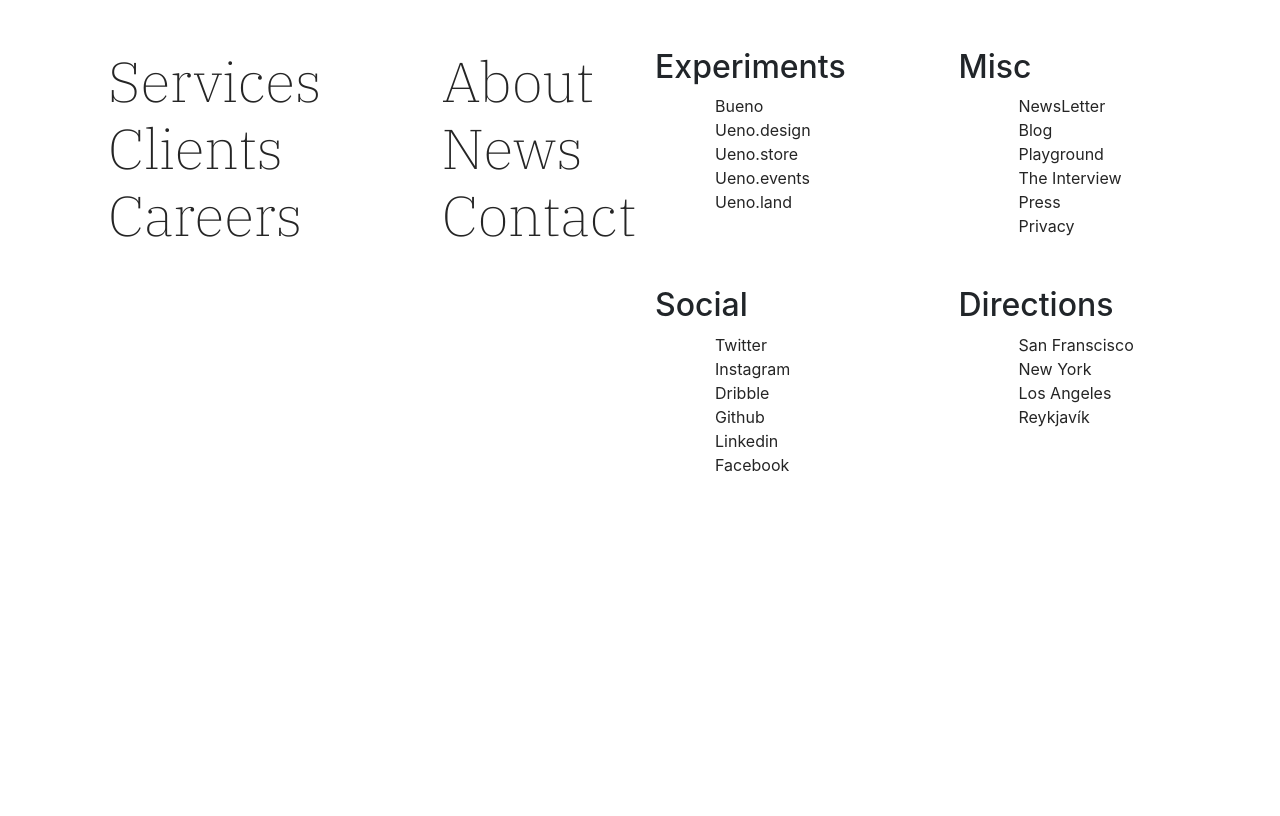
Repository: DeepaPrasanna/UenoClone
Page: /
These files come from the project's save history. The page is drawn as it stood at one moment and after the next save; the edit follows.
The browser window is 1280 px wide. The pictures show the whole page.
The project was rebuilt for these pictures with package versions that can differ from the ones it lists, and the page was loaded fresh each time. Also part of the build but not shown: src/components/Layout/Header.js.

Above is the page before, as saved 2021-05-04 13:58:12.

### public/index.html
<!DOCTYPE html>
<html lang="en">
  <head>
    <meta charset="utf-8" />
    <link rel="icon" href="%PUBLIC_URL%/favicon.ico" />
    <meta name="viewport" content="width=device-width, initial-scale=1" />
    <meta name="theme-color" content="#000000" />
    <meta name="description" content="Web site created using create-react-app" />
    <link rel="apple-touch-icon" href="%PUBLIC_URL%/logo192.png" />
    <!--
      manifest.json provides metadata used when your web app is installed on a
      user's mobile device or desktop. See https://developers.google.com/web/fundamentals/web-app-manifest/
    -->
    <link rel="manifest" href="%PUBLIC_URL%/manifest.json" />
    <!-- Bootstrap -->
    <link
      rel="stylesheet"
      href="https://cdn.jsdelivr.net/npm/bootstrap@4.6.0/dist/css/bootstrap.min.css"
      integrity="sha384-B0vP5xmATw1+K9KRQjQERJvTumQW0nPEzvF6L/Z6nronJ3oUOFUFpCjEUQouq2+l"
      crossorigin="anonymous"
    />
    <!-- font awesome -->
    <link
      rel="stylesheet"
      href="https://cdnjs.cloudflare.com/ajax/libs/font-awesome/5.15.3/css/all.min.css"
      integrity="sha512-iBBXm8fW90+nuLcSKlbmrPcLa0OT92xO1BIsZ+ywDWZCvqsWgccV3gFoRBv0z+8dLJgyAHIhR35VZc2oM/gI1w=="
      crossorigin="anonymous"
    />
    <!--
      Notice the use of %PUBLIC_URL% in the tags above.
      It will be replaced with the URL of the `public` folder during the build.
      Only files inside the `public` folder can be referenced from the HTML.

      Unlike "/favicon.ico" or "favicon.ico", "%PUBLIC_URL%/favicon.ico" will
      work correctly both with client-side routing and a non-root public URL.
      Learn how to configure a non-root public URL by running `npm run build`.
    -->
    <title>React App</title>
  </head>
  <body>
    <noscript>You need to enable JavaScript to run this app.</noscript>
    <div id="root"></div>
    <!--
      This HTML file is a template.
      If you open it directly in the browser, you will see an empty page.

      You can add webfonts, meta tags, or analytics to this file.
      The build step will place the bundled scripts into the <body> tag.

      To begin the development, run `npm start` or `yarn start`.
      To create a production bundle, use `npm run build` or `yarn build`.
    -->
  </body>
</html>

### src/index.js
import React from "react";
import ReactDOM from "react-dom";
import "./index.css";
import App from "./App";
import reportWebVitals from "./reportWebVitals";
import "bootstrap/dist/css/bootstrap.min.css";

ReactDOM.render(<App />, document.getElementById("root"));

// If you want to start measuring performance in your app, pass a function
// to log results (for example: reportWebVitals(console.log))
// or send to an analytics endpoint. Learn more: https://bit.ly/CRA-vitals
reportWebVitals();

### src/index.css
@import url("https://fonts.googleapis.com/css2?family=IBM+Plex+Serif:wght@200&display=swap");

.contact-button {
  background-color: #cf3f74 !important;
}

.screen-first-column {
  font-size: 56px;
  line-height: 67px;
  font-family: "IBM Plex Serif";
  font-style: normal;
  font-weight: 200;
  src: url("https://fonts.gstatic.com/s/ibmplexserif/v9/jizAREVNn1dOx-zrZ2X3pZvkTi3Q-iI0q1s.woff2") format("woff2");
}
.screen-links {
  color: #252525;
  padding: 0px 60px !important;
}
.nav-link:hover {
  color: #252525;
}
.screen-links::before {
  transform: translate(103%, 0px);
}

.screens-second-column-columns{
  flex: none;
  align-self: stretch;
  padding-left: 15px;
  padding-right: 15px;
  /* width: 100%; */
  margin-bottom: 3em;
  width: 50%;
  max-width: 220px;

}

### src/App.js
import { Container } from "react-bootstrap";

import MainLayout from "./components/Layout/MainLayout";

function App() {
  return (
    <div className="App">
      <MainLayout />
    </div>
  );
}

export default App;

### src/components/Layout/MainLayout.js
import React from "react";

import Header from "./Header";
import Screen from "./Screen";

const MainLayout = () => {
  return (
    <div>
      {/* <Header /> */}
      <Screen />
    </div>
  );
};

export default MainLayout;

### src/components/Layout/Screen.js
import React from "react";

import { Container, Row, Col, Nav } from "react-bootstrap";

const Screen = () => {
  return (
    <Container fluid className="p-5">
      <Row className=" vh-100">
        <Col sm={6} className="d-flex flex-md-row screen-first-column">
          <Nav className="flex-column">
            <Nav.Link href="#" className="screen-links">
              Services
            </Nav.Link>
            <Nav.Link href="#" className="screen-links">
              Clients
            </Nav.Link>
            <Nav.Link href="#" className="screen-links">
              Careers
            </Nav.Link>
          </Nav>
          <Nav className="flex-column">
            <Nav.Link href="#" className="screen-links">
              About
            </Nav.Link>
            <Nav.Link href="#" className="screen-links">
              News
            </Nav.Link>

            <Nav.Link href="#" className="screen-links">
              Contact
            </Nav.Link>
          </Nav>
        </Col>
        <Col sm={6}>
          <Row>
            <Col className="screens-second-column-columns">
              <h2>Experiments</h2>
              <Nav>
                <Nav.Link href="#" className="screen-links">
                  Bueno
                </Nav.Link>
                <Nav.Link href="#" className="screen-links">
                  Ueno.design
                </Nav.Link>
                <Nav.Link href="#" className="screen-links">
                  Ueno.store
                </Nav.Link>
                <Nav.Link href="#" className="screen-links">
                  Ueno.events
                </Nav.Link>
                <Nav.Link href="#" className="screen-links">
                  Ueno.land
                </Nav.Link>
              </Nav>
            </Col>
            <Col className="screens-second-column-columns">
              <h2>Misc</h2>
              <Nav>
                <Nav.Link href="#" className="screen-links">
                  NewsLetter
                </Nav.Link>
                <Nav.Link href="#" className="screen-links">
                  Blog
                </Nav.Link>
                <Nav.Link href="#" className="screen-links">
                  Playground
                </Nav.Link>
                <Nav.Link href="#" className="screen-links">
                  The Interview
                </Nav.Link>
                <Nav.Link href="#" className="screen-links">
                  Press
                </Nav.Link>
                <Nav.Link href="#" className="screen-links">
                  Privacy
                </Nav.Link>
              </Nav>
            </Col>
          </Row>
          <Row>
            <Col className="screens-second-column-columns">
              <h2>Social</h2>
              <Nav>
                <Nav.Link href="#" className="screen-links">
                  Twitter
                </Nav.Link>
                <Nav.Link href="#" className="screen-links">
                  Instagram
                </Nav.Link>
                <Nav.Link href="#" className="screen-links">
                  Dribble
                </Nav.Link>
                <Nav.Link href="#" className="screen-links">
                  Github
                </Nav.Link>
                <Nav.Link href="#" className="screen-links">
                  Linkedin
                </Nav.Link>
                <Nav.Link href="#" className="screen-links">
                  Facebook
                </Nav.Link>
              </Nav>
            </Col>
            <Col className="screens-second-column-columns">
              <h2>Directions</h2>
              <Nav>
                <Nav.Link href="#" className="screen-links">
                  San Franscisco
                </Nav.Link>
                <Nav.Link href="#" className="screen-links">
                  New York
                </Nav.Link>
                <Nav.Link href="#" className="screen-links">
                  Los Angeles
                </Nav.Link>
                <Nav.Link href="#" className="screen-links">
                  Reykjavík
                </Nav.Link>
              </Nav>
            </Col>
          </Row>
        </Col>
      </Row>
    </Container>
  );
};

export default Screen;

Loaded but not shown: src/reportWebVitals.js (common file)

After the next save:
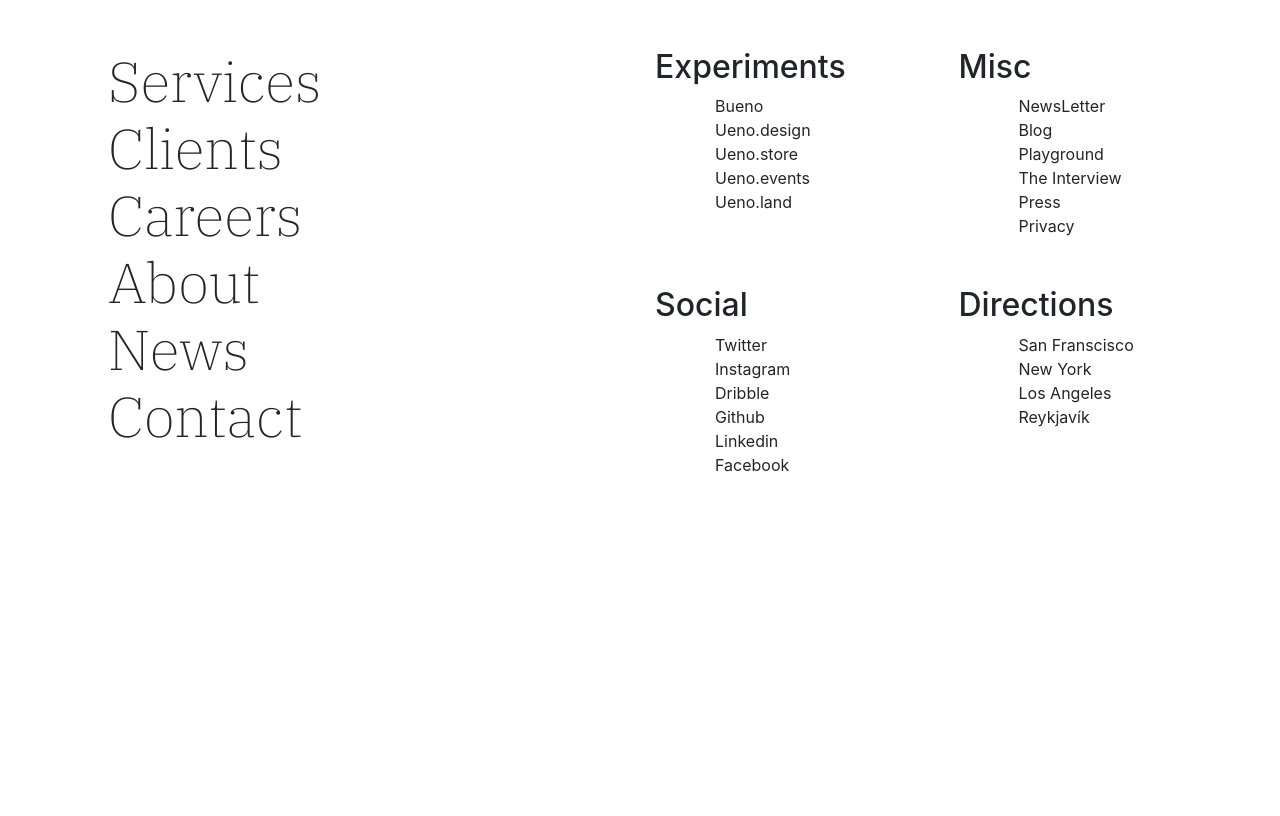
Saved 94 s later.
--- a/src/components/Layout/Screen.js
+++ b/src/components/Layout/Screen.js
@@ -6,7 +6,7 @@
   return (
     <Container fluid className="p-5">
       <Row className=" vh-100">
-        <Col sm={6} className="d-flex flex-md-row screen-first-column">
+        <Col sm={6} className="d-flex flex-md-column screen-first-column">
           <Nav className="flex-column">
             <Nav.Link href="#" className="screen-links">
               Services

After the save that followed:
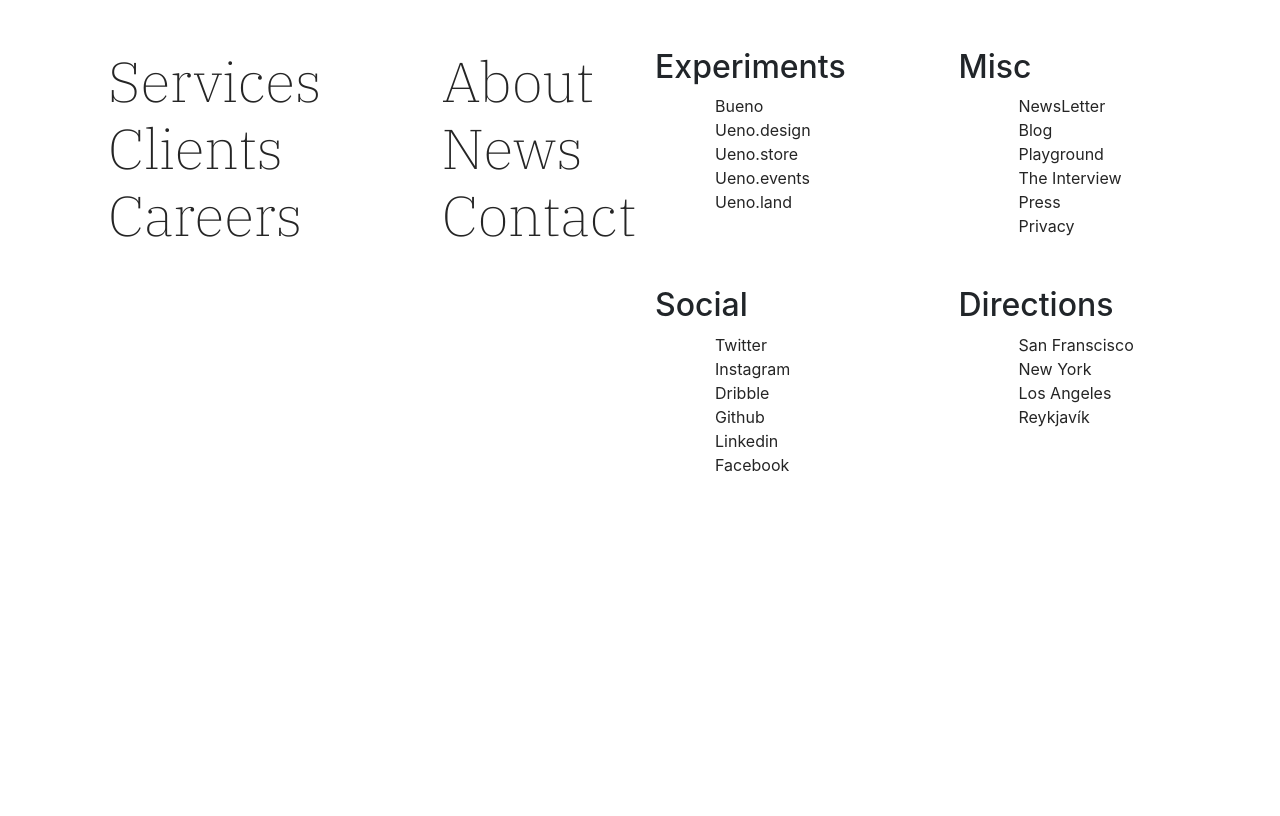
Saved 60 s later.
--- a/src/components/Layout/Screen.js
+++ b/src/components/Layout/Screen.js
@@ -6,7 +6,7 @@
   return (
     <Container fluid className="p-5">
       <Row className=" vh-100">
-        <Col sm={6} className="d-flex flex-md-column screen-first-column">
+        <Col sm={6} className="d-flex  screen-first-column">
           <Nav className="flex-column">
             <Nav.Link href="#" className="screen-links">
               Services
